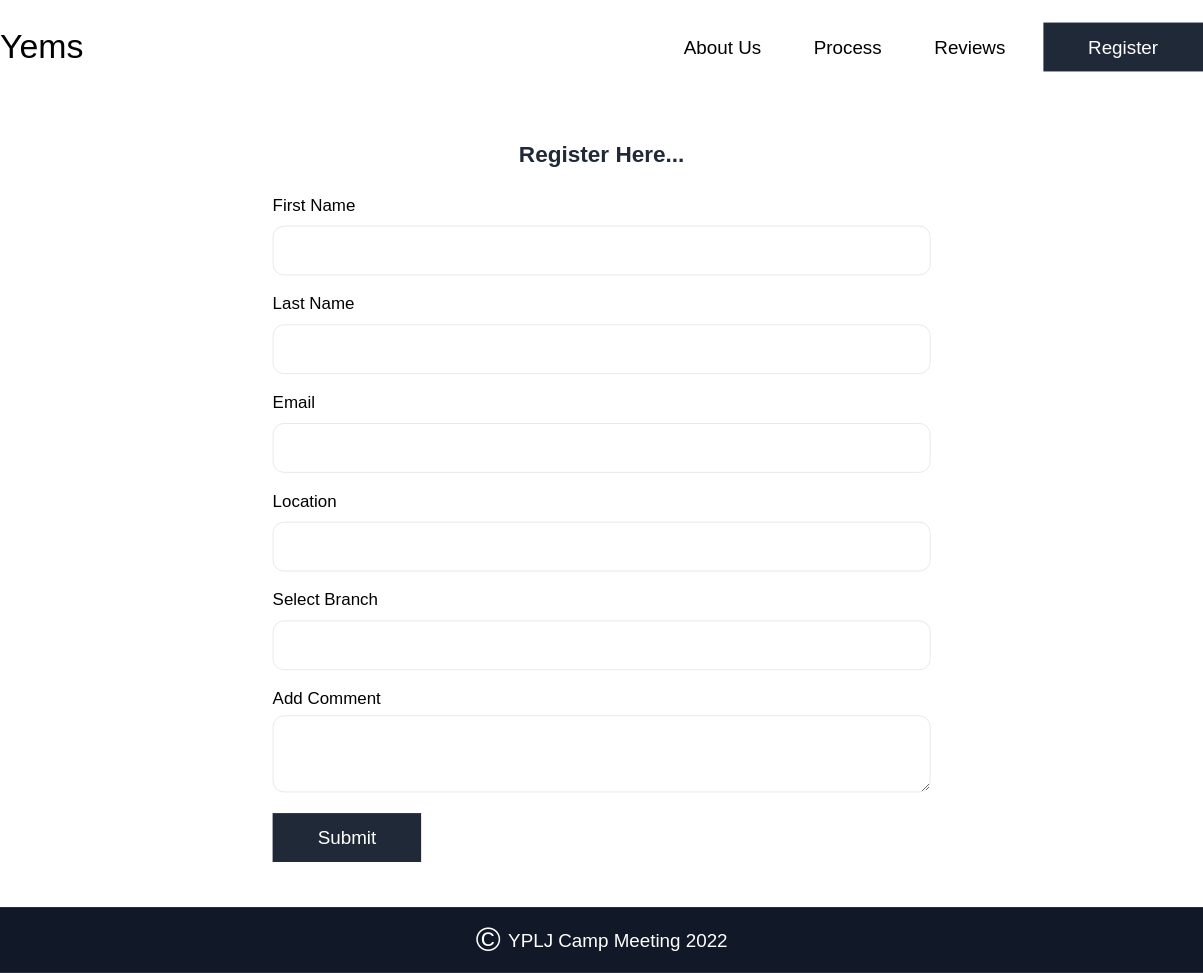
Repository: Ifenna-Pascal/user-camp-onboarding
Page: /register
These files come from the project's save history. The page is drawn as it stood at one moment and after the next save; the edit follows.
The browser window is 1280 px wide. The pictures show the whole page, at 94% of full size.
Some web fonts or font styles are not loaded; a fallback is used. The project was rebuilt for these pictures with package versions that can differ from the ones it lists, and the page was loaded fresh each time. The framework's server and built-in components were replaced by stand-ins that run in the browser. Also part of the build but not shown: next.config.js.

Above is the page before, as saved 2022-11-18 07:17:00.

### pages/_app.js
import Mainlayout from "../components/layout";
import "../styles/globals.css";
import "remixicon/fonts/remixicon.css";

function MyApp({ Component, pageProps }) {
  return (
    <Mainlayout>
      <Component {...pageProps} />
    </Mainlayout>
  );
}

export default MyApp;

### pages/register.jsx
import React from "react";
import Button from "../components/general/Button";
import Input from "../components/general/Input";

function Register() {
  const handleSubmit = (e) => {
    e.preventDefault();
  };
  return (
    <div className="max-w-[1000px] my-12 mx-auto ">
      <h1 className="text-gray-800 text-2xl mb-6 font-semibold text-center font-sono block">
        Register Here...
      </h1>
      <form
        className="min-h-[400px] max-w-[700px] mx-auto"
        onSubmit={handleSubmit}
      >
        <Input label="First Name" />
        <Input label="Last Name" />
        <Input label="Email" />
        <Input label="Location" />
        <Input label="Select Branch" />
        <Input label="Add Comment" textArea={true} />
        <Button text={"Submit"} />
      </form>
    </div>
  );
}

export default Register;

### components/layout/index.jsx
import React from "react";
import Footer from "./Footer";
import Nav from "./Nav";

function Mainlayout({ children }) {
  return (
    <div>
      <Nav />
      <main>{children}</main>
      <Footer />
    </div>
  );
}

export default Mainlayout;

### styles/globals.css
@import url('https://fonts.googleapis.com/css2?family=Poppins&family=Sono:wght@400;500&display=swap');
@import url('https://fonts.googleapis.com/css2?family=Montserrat&family=Source+Sans+Pro&display=swap');

* {
  padding: 0;
  margin: 0;
  box-sizing: border-box;
  scroll-behavior: smooth;
}

html,
body {
  padding: 0;
  margin: 0;
  font-family: -apple-system, BlinkMacSystemFont, Segoe UI, Roboto, Oxygen,
    Ubuntu, Cantarell, Fira Sans, Droid Sans, Helvetica Neue, sans-serif;
}

a {
  color: inherit;
  text-decoration: none;
}

* {
  box-sizing: border-box;
}

@media (prefers-color-scheme: dark) {
  html {
    color-scheme: dark;
  }
  body {
    color: white;
    background: black;
  }
}

@tailwind base;
@tailwind components;
@tailwind utilities;

### components/general/Button.jsx
import React from "react";

function Button({ text }) {
  return (
    <button className="bg-gray-800 px-12 py-3 hover:bg-white hover:text-black hover:border hover:border-black duration-500 hover:ease-in-out text-white font-sono text-xl ">
      {text}
    </button>
  );
}

export default Button;

### components/general/Input.jsx
import React from "react";

function Input({ type = "text", placeholder, label, name, textArea, ...rest }) {
  return (
    <div className="mb-4">
      <label className="text-lg  font-sono" htmlFor="label">
        {label}
      </label>
      {textArea ? (
        <textArea
          className="border  text-gray-700 mt-1 focus:border-AP-blue-100  rounded-[12px] focus:outline-none w-full text-[16px] font-montserat px-4 py-4 h-full placeholder:font-sansPro"
          required
        ></textArea>
      ) : (
        <input
          type={type}
          name={name}
          {...rest}
          placeholder={placeholder}
          className="border  text-gray-700 mt-2 focus:border-AP-blue-100  rounded-[12px] focus:outline-none w-full text-[16px] font-montserat px-4 py-4 h-full placeholder:font-sansPro"
          required
        />
      )}
    </div>
  );
}

export default Input;

### components/layout/Footer.jsx
import React from "react";

function Footer() {
  return (
    <div className="bg-gray-900 w-full h-[70px]  flex items-center justify-center">
      <p className="text-center flex items-center text-white font-sono text-xl">
        {" "}
        <span className="text-4xl mr-2">&copy;</span> YPLJ Camp Meeting 2022{" "}
      </p>
    </div>
  );
}

export default Footer;

### components/layout/Nav.jsx
import Link from "next/link";
import React, { useState } from "react";
import Button from "../general/Button";
import NavLink from "../general/NavLink";

function Nav() {
  const [show, setShow] = useState(false);
  const toggle = () => {
    setShow(!show);
  };
  return (
    <div className="sticky top-0 mb-4 z-50 bg-white">
      <nav className="w-full py-6 flex items-center mx-4 lg:max-w-[1450px] lg:mx-auto justify-between">
        <Link href="/">
          {" "}
          <h1 className="font-sono text-4xl ">Yems</h1>
        </Link>
        <ul className="lg:flex items-center hidden justify-between">
          <NavLink href="/#home" name="About Us" />
          <NavLink href="/#process" name="Process" />
          <NavLink href="/#reviews" name="Reviews" />
          <Link href="/register">
            <Button text="Register" />
          </Link>
        </ul>
        <button
          className='block md:hidden className="w-full px-2 py-1 rounded-lg text-AP-grey-200 hover:text-AP-blue-200 border-AP-grey-200 hover:border-AP-blue-400'
          onClick={toggle}
        >
          <i
            className={`${
              !show ? "ri-menu-3-fill duration-500" : "ri-close-line"
            } text-2xl text-gray-800`}
          />
        </button>
      </nav>
      <div
        className={`flex lg:hidden ${
          show
            ? "flex lg:hidden duration-500  flex-col items-center pt-2 pb-8"
            : "py-0"
        }`}
      >
        <NavLink href="/#home" name="About Us" />
        <NavLink href="/#process" name="Process" />
        <NavLink href="/#reviews" name="Reviews" />
        <Link href="/register">
          <Button text="Register" />
        </Link>
      </div>
    </div>
  );
}

export default Nav;

### components/general/NavLink.jsx
import Link from "next/link";
import React from "react";

function NavLink({ href, name }) {
  return (
    <Link href={href}>
      <span className="text-black px-4 text-xl font-sono mr-6 font-500">
        {name}
      </span>
    </Link>
  );
}

export default NavLink;

### tailwind.config.js
/** @type {import('tailwindcss').Config} */
module.exports = {
  content: [
    "./pages/**/*.{js,ts,jsx,tsx}",
    "./components/**/*.{js,ts,jsx,tsx}",
  ],

  theme: {
    extend: {
      fontFamily: {
        sono: ["Sono", "sans-serif"],
        poppins: ["Poppins", "sans-serif"],
        montserat: ["Montserrat", "sans-serif"],
      },
    },
  },
  plugins: [],
};

After the next save:
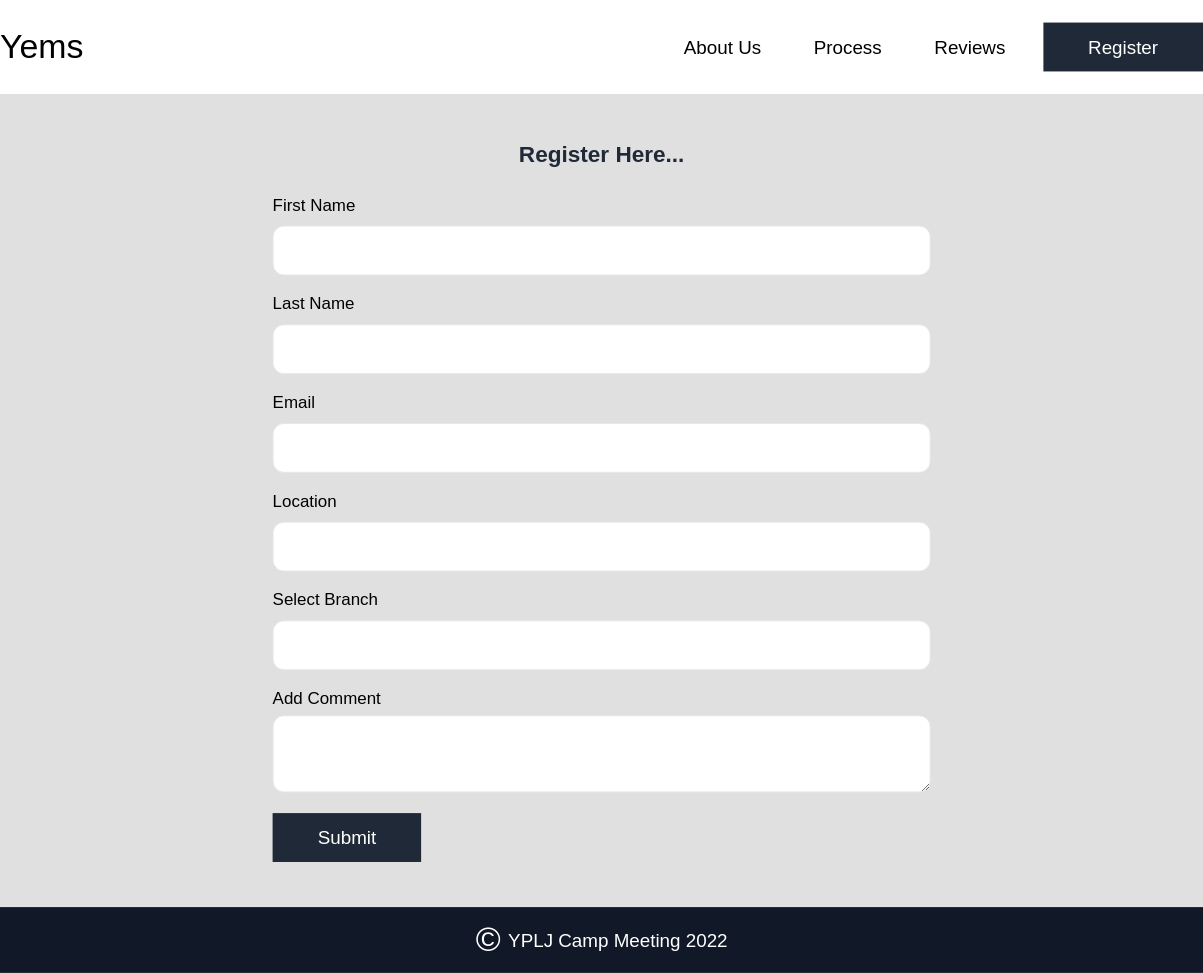
Saved 96 s later.
--- a/components/layout/index.jsx
+++ b/components/layout/index.jsx
@@ -4,7 +4,7 @@ import Nav from "./Nav";
 
 function Mainlayout({ children }) {
   return (
-    <div>
+    <div className="bg-[#e0e0e0]">
       <Nav />
       <main>{children}</main>
       <Footer />
